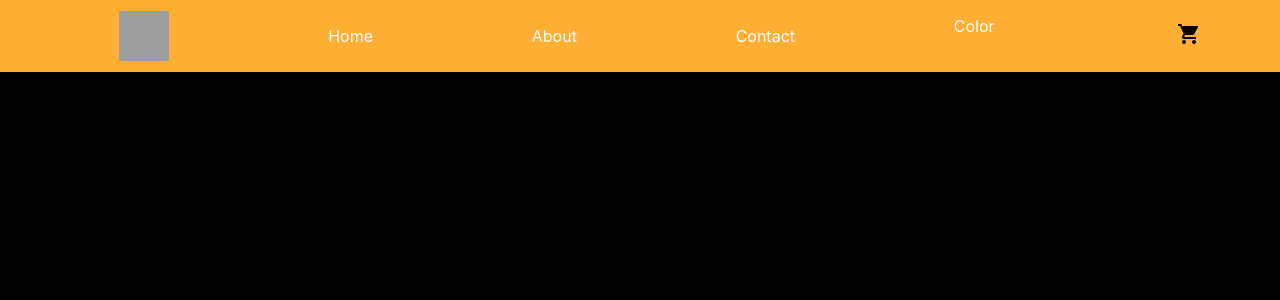
Repository: Toydrum/React-Hector-Coronado-EntregaFinal
Page: /
An editor plug-in stored every save of this project. The page is shown before and after the next save, followed by the edit.
The browser window is 1280 px wide. The pictures show the whole page.
Pictures or frames that could not be fetched are drawn as grey boxes. The page's requests for data from a server got no answer. The project was rebuilt for these pictures with package versions that can differ from the ones it lists, and the page was loaded fresh each time. No one was signed in, and anything a server would have sent is missing. Also part of the build but not shown: vite.config.js, src/components/CardUser/CardUser.jsx, src/pages/ContactPage/ContactPage.jsx, src/pages/AboutPage/AboutPage.jsx, src/pages/DetailPage/DetailPage.jsx.

Above is the page before, as saved 2023-07-15 16:03:44.

### src/App.jsx
import React from "react";
import "./App.css";
import { BrowserRouter as Router, Routes, Route } from "react-router-dom";
//Components
import NavBar from "./components/Navbar/Navbar";
import CartWidged from "./components/CartWidget/CartWidget";
import MenuColor from "./components/MenuColor/MenuColor";
//import CardUser from "./components/CardUser/CardUser";

//Pages
import HomePage from "./pages/HomePage/HomePage";
import ContactPage from "./pages/ContactPage/ContactPage";
import AboutPage from "./pages/AboutPage/AboutPage";
import DetailPage from "./pages/DetailPage/DetailPage";

const App = () => {
  return (
    <Router>
      <div className="App">
        <NavBar />
        <Routes>
          <Route path="/" element={<HomePage />}></Route>
          <Route path="/About" element={<AboutPage />}></Route>
          <Route path="/Contact" element={<ContactPage />}></Route>
          <Route path="/detail/:id" element={<DetailPage />}></Route>
          <Route path="/cart" element={<CartWidged />}></Route>
        </Routes>
        <div className="Cards-Container"></div>
      </div>
    </Router>
  );
};

export default App;

### src/App.css
body{
  background-color: black;
}

.App {
  display: flex;
  flex-direction: column;
  justify-content: center;
}

.Cards-Container{
  display: flex;
  width: 100%;
  justify-content: center;
}

### src/components/Navbar/Navbar.jsx
import React from "react";
import "./Navbar.css";
import logo from "./cat-logo.svg";
import { Link } from "react-router-dom";
import CartWidget from "../CartWidget/CartWidget";
import MenuColor from "../MenuColor/MenuColor";

const NavBar = () => {
  return (
    <nav className="nav-container">
      <ul className="nav-ul">
        <img src={logo} alt="gatito" style={{ height: 50, width: 50 }} />
        <li className="li">
          <Link to="/" className="li">
            Home
          </Link>
        </li>
        <li className="li">
          <Link to="/about" className="li">
            About
          </Link>
        </li>
        <li className="li">
          <Link to="/contact" className="li">
            Contact
          </Link>
        </li>
        <li className="li">
          <Link to="/detail" className="li">
            Color
          </Link>
          <MenuColor />
        </li>
        <li className="li">
          <Link to="/cart" className="li"></Link>
          <CartWidget />
        </li>
      </ul>
    </nav>
  );
};

export default NavBar;

### src/components/CartWidget/CartWidget.jsx
import React from "react";
import ShoppingCartIcon from "@mui/icons-material/ShoppingCart";
const CartWidget = () => {
  return (
    <div>
      <a href="https://www.google.com.mx/?hl=es" style={{ color: "black" }}>
        <ShoppingCartIcon />
      </a>
    </div>
  );
};

export default CartWidget;

### src/components/MenuColor/MenuColor.jsx
import * as React from "react";
import Button from "@mui/material/Button";
import Menu from "@mui/material/Menu";
import MenuItem from "@mui/material/MenuItem";

const MenuColor = () => {
  const [anchorEl, setAnchorEl] = React.useState(null);
  const open = Boolean(anchorEl);
  const handleClick = (event) => {
    setAnchorEl(event.currentTarget);
  };
  const handleClose = () => {
    setAnchorEl(null);
  };

  return (
    <div>
      <Button
        id="demo-positioned-button"
        aria-controls={open ? "demo-positioned-menu" : undefined}
        aria-haspopup="true"
        aria-expanded={open ? "true" : undefined}
        onClick={handleClick}
      ></Button>
      <Menu
        id="demo-positioned-menu"
        aria-labelledby="demo-positioned-button"
        anchorEl={anchorEl}
        open={open}
        onClose={handleClose}
        anchorOrigin={{
          vertical: "top",
          horizontal: "left",
        }}
        transformOrigin={{
          vertical: "top",
          horizontal: "left",
        }}
      >
        <MenuItem onClick={handleClose}>Profile</MenuItem>
        <MenuItem onClick={handleClose}>My account</MenuItem>
        <MenuItem onClick={handleClose}>Logout</MenuItem>
      </Menu>
    </div>
  );
};

export default MenuColor;

### src/pages/HomePage/HomePage.jsx
import React from "react";
import CardList from "../../components/CardList/CardList";

const HomePage = () => {
  return (
    <div>
      <h1 style={{ display: "flex", justifyContent: "center" }}>HomePage</h1>
      <CardList />
    </div>
  );
};

export default HomePage;

### src/components/Navbar/Navbar.css
.nav-container {
  background-color: #FFAF33;
  height: 10vh;
  display: flex;
  width: 100%;
  justify-content: space-around;
  align-items: center;
}

.nav-ul {
  display: flex;
  width: 100%;
  justify-content: space-around;
  align-items: center;
}

.li {
  color: white;
  list-style-type: none;
  text-decoration: none;
}

### src/components/CardList/CardList.jsx
import React, { useState, useEffect } from "react";
import CardUser from "../CardUser/CardUser";
import "./CardList.css";
//import { Link } from "react-router-dom";
import { db } from "../../firebase/firebaseConfig";
import { collection, query, getDocs } from "firebase/firestore";

const CardList = () => {
  const [gato, setGato] = useState([]);
  useEffect(() => {
    const getGatito = async () => {
      const q = query(collection(db, "gatitos"));
      const docs = [];
      const querySnapshot = await getDocs(q);
      querySnapshot.forEach((doc) => {
        docs.push({ ...doc.data(), id: doc.id });
      });

      setGato(docs);
    };
    getGatito();
  }, []);
  console.log(gato);

  return (
    <div className="Cards-List">
      {gato.map((gato) => {
        return (
          <div key={gato.id}>
            <CardUser data={gato} />
          </div>
        );
      })}
    </div>
  );
};

export default CardList;

### src/components/CardList/CardList.css
.Cards-List{
  display: grid;
  justify-content: space-around;
  align-content: space-around;
  align-items: center;
  grid-template-columns: 1fr 1fr 1fr 1fr;
}

### src/firebase/firebaseConfig.js
// Import the functions you need from the SDKs you need
import { initializeApp } from "firebase/app";
//import { getAnalytics } from "firebase/analytics";
// TODO: Add SDKs for Firebase products that you want to use
// https://firebase.google.com/docs/web/setup#available-libraries
import { getFirestore } from "firebase/firestore";
// Your web app's Firebase configuration
// For Firebase JS SDK v7.20.0 and later, measurementId is optional
const firebaseConfig = {
  apiKey: "AIzaSyCLSk1f1K6dPfkavJgb9mdon9PDEPSR80U",
  authDomain: "gatitos-7f5b2.firebaseapp.com",
  projectId: "gatitos-7f5b2",
  storageBucket: "gatitos-7f5b2.appspot.com",
  messagingSenderId: "577315722745",
  appId: "1:577315722745:web:28034b8baa1dc0c2115928",
  measurementId: "G-DZQ36RVP49",
};

// Initialize Firebase
const app = initializeApp(firebaseConfig);
//const analytics = getAnalytics(app);
export const db = getFirestore(app);

Loaded but not shown: index.html (common file); src/main.jsx (common file); src/index.css (common file)

After the next save:
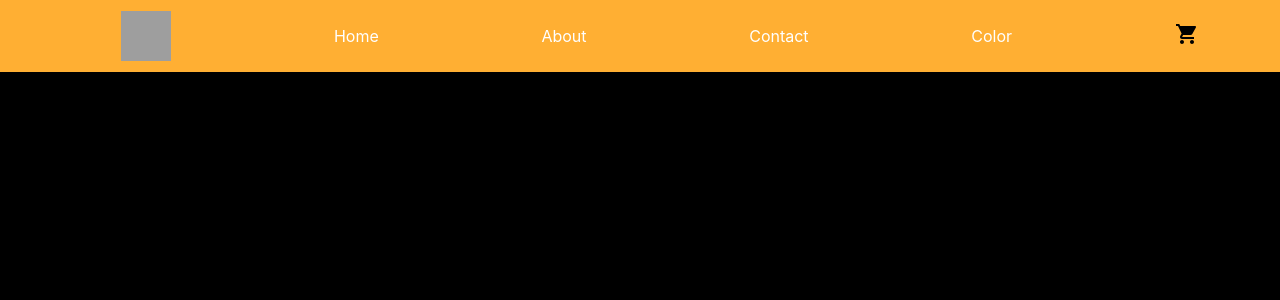
Saved 5 min 22 s later.
--- a/src/components/Navbar/Navbar.jsx
+++ b/src/components/Navbar/Navbar.jsx
@@ -25,12 +25,7 @@ const NavBar = () => {
             Contact
           </Link>
         </li>
-        <li className="li">
-          <Link to="/detail" className="li">
-            Color
-          </Link>
-          <MenuColor />
-        </li>
+        <li className="li">Color</li>
         <li className="li">
           <Link to="/cart" className="li"></Link>
           <CartWidget />
